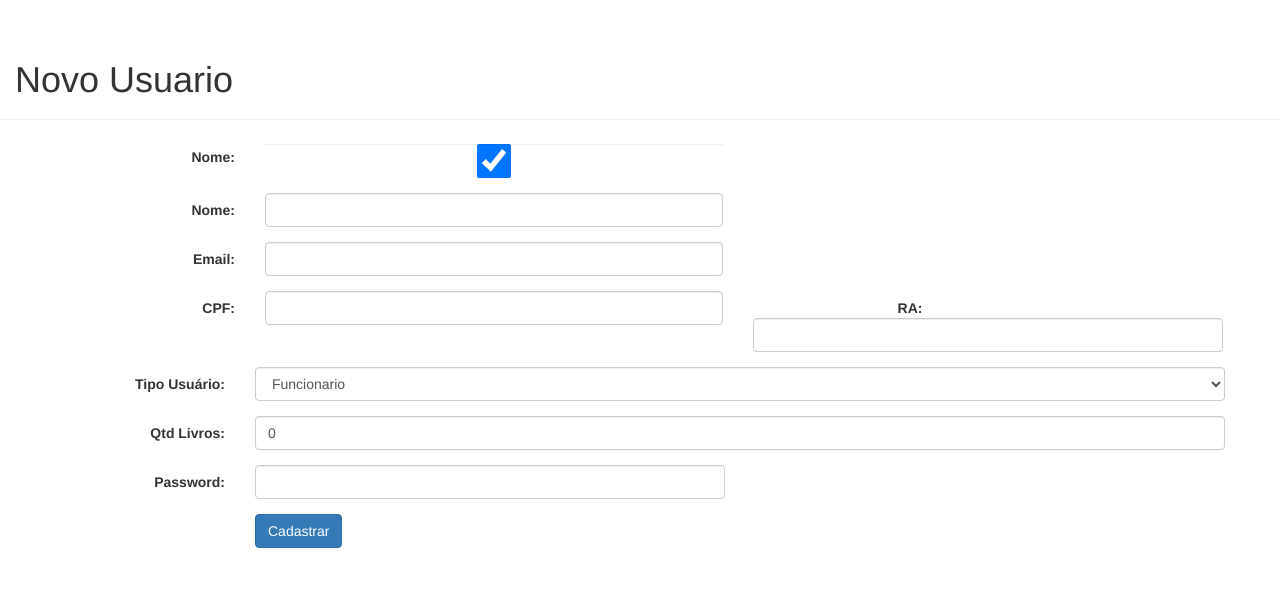
Repository: stefanyco/biblioteca
Page: http://localhost/Biblioteca/usuarioAdicionar.jsp
The author's editor kept a copy of each file at every save. The page is drawn from the files as they stood at one save, then again after the next save.
The browser window is 1280 px wide. The pictures show the whole page.
The page is served by Tomcat 9.

Above is the page before, as saved 2016-11-06 22:14:55.

After the next save:
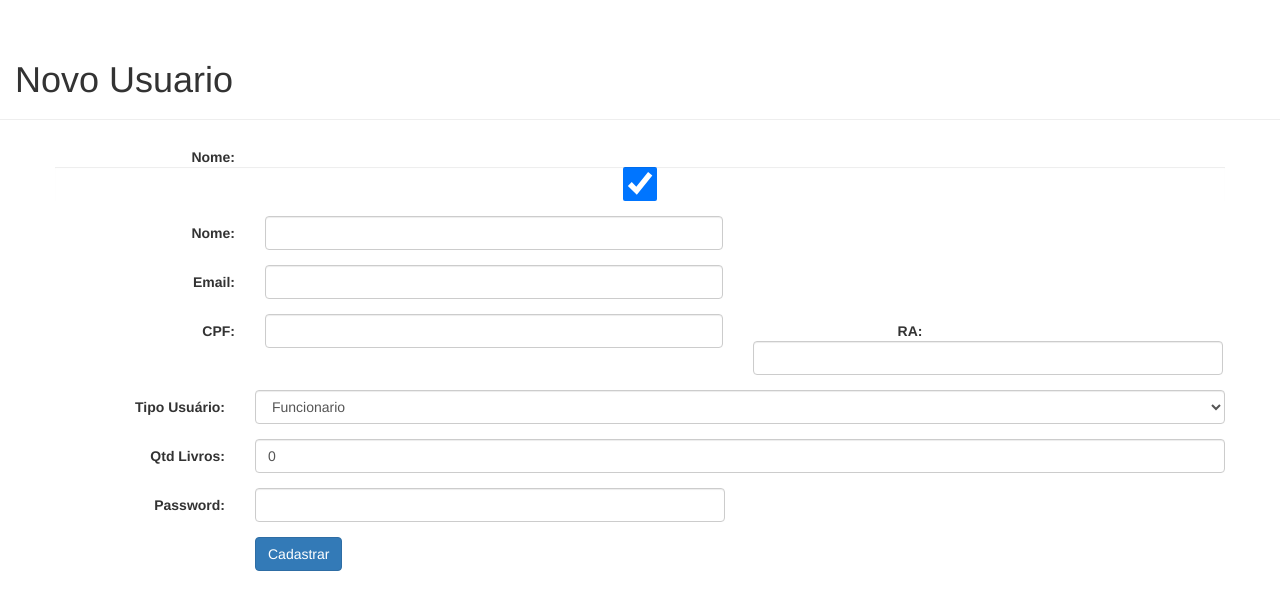
Saved 63 s later.
--- a/Sistema Biblioteca/Biblioteca/WebContent/usuarioAdicionar.jsp
+++ b/Sistema Biblioteca/Biblioteca/WebContent/usuarioAdicionar.jsp
@@ -17,9 +17,9 @@
 				<form action="usuario?acao=cadastrar" class="form-horizontal" method="post">
 					<div class="form-group">
 						<label for="ativo" class="col-xs-2 control-label">Nome:</label>
-						<div class="col-xs-5">
+
 							<input type="checkbox" checked="true" class="form-control" name="ativo">
-						</div>
+
 					</div>
 					<div class="form-group">
 						<label for="nome" class="col-xs-2 control-label">Nome:</label>
